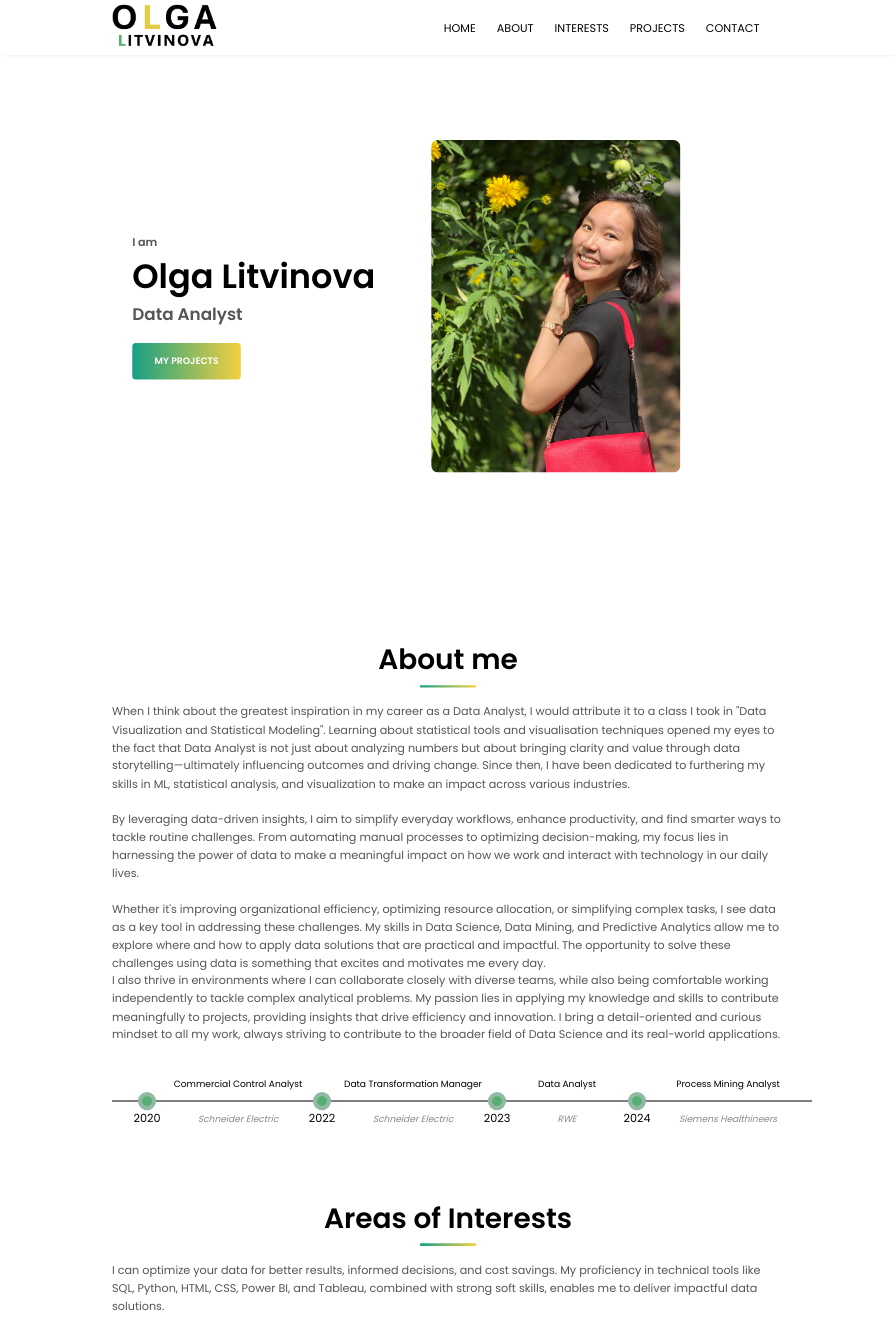
Repository: OlgaKuzminichna/CV
Page: index.html
These files come from the project's save history. The page is drawn as it stood at one moment and after a run of saves; the edit follows.
The browser window is 1280 px wide. The pictures show the part of the page from y = 0 to 1890 px (the page is 4431 px tall before and 4457 px after), at 70% of full size.
A picture or video elsewhere on the page could not be fetched, so the positions and the page height are approximate.

Above is the page before, as saved 2024-11-24 22:22:10.

### index.html
<!DOCTYPE html>
<html lang="en">
<head>
    <meta charset="UTF-8">
    <meta name="viewport" content="width=device-width, initial-scale=1.0">
    <title>Olga Litvinova | Data Analyst</title>
    <link rel="stylesheet" href="style.css">
    <link rel="icon" href="./images/logo2.png" type="image/x-icon">
    <script type="text/javascript" src="https://cdn.jsdelivr.net/npm/@emailjs/browser@3/dist/email.min.js"></script>
</head>
<body>
    <header>
        <nav id="navigation">
            <div class="site-header">
                <div class="site-logo">
                    <img src="./images/logo.png" alt="Olga Litvinova">
                </div>
                <ul class="link-list">
                    <li><a href="#home">HOME</a></li>
                    <li><a href="#about">ABOUT</a></li>
                    <li><a href="#skills">INTERESTS</a></li>
                    <li><a href="#projects">PROJECTS</a></li>
                    <li><a href="#contact">CONTACT</a></li>
                    <!-- <li><a href="#resume">RESUME</a></li> -->
                </ul>
            </div>
        </nav>
        <nav id="responsive-nav">
            <div class="site-header">
                <div class="site-logo">
                    <img src="./images/logo.png" alt="Olga Litvinova">
                </div>
                <div class="hamburger-menu">
                    <div class="icon-toggle" onclick="toggleMenu()">
                        <span></span>
                        <span></span>
                        <span></span>
                    </div>
                    <div class="dropdown-links">
                        <li><a href="#home" onclick="toggleMenu()">HOME</a></li>
                        <li><a href="#about" onclick="toggleMenu()">ABOUT</a></li>
                        <li><a href="#skills" onclick="toggleMenu()">INTERESTS</a></li>
                        <li><a href="#projects" onclick="toggleMenu()">PROJECTS</a></li>
                        <li><a href="#contact" onclick="toggleMenu()">CONTACT</a></li>
                        <!-- <li><a href="#resume" onclick="toggleMenu()">RESUME</a></li> -->
                    </div>
                </div>
            </div>
        </nav>
    </header>

    <main>
        <section id="home">
            <div class="intro-left">
                <p class="intro-text2">I am</p>
                <h1 class="primary-title">Olga Litvinova</h1>
                <p class="intro-role">Data Analyst </p>
                <div class="button-group">
                    <button class="main-btn" onclick="location.href='./index.html#projects'">
                        MY PROJECTS
                    </button>
                </div>
            </div>
            <div class="intro-right">
                <img src="./images/Litvinova.jpg" alt="Olga Litvinova Picture" />
            </div>
        </section>
        <section id="about">
            <h1 class="secondary-title">About me</h1>
            <div class="description-container">
                <p>
                    When I think about the greatest inspiration in my career as a Data Analyst, I would attribute it to a class I took in "Data Visualization and Statistical Modeling".
                    Learning about statistical tools and visualisation techniques opened my eyes to the fact that Data Analyst is not just about analyzing numbers but about bringing clarity and value through data storytelling—ultimately influencing outcomes and driving change.
                    Since then, I have been dedicated to furthering my skills in ML, statistical analysis, and visualization to make an impact across various industries.
                </p>
                <p>
                    <br>
                    By leveraging data-driven insights, I aim to simplify everyday workflows, enhance productivity, and find smarter ways to tackle routine challenges. From automating manual processes to optimizing decision-making, my focus lies in harnessing the power of data to make a meaningful impact on how we work and interact with technology in our daily lives.
                </p>

                <P>
                    <br>
                    Whether it's improving organizational efficiency, optimizing resource allocation, or simplifying complex tasks, I see data as a key tool in addressing these challenges. My skills in Data Science, Data Mining, and Predictive Analytics allow me to explore where and how to apply data solutions that are practical and impactful. The opportunity to solve these challenges using data is something that excites and motivates me every day.
                </P>
                <p>I also thrive in environments where I can collaborate closely with diverse teams, while also being comfortable working independently to tackle complex analytical problems. My passion lies in applying my knowledge and skills to contribute meaningfully to projects, providing insights that drive efficiency and innovation. I bring a detail-oriented and curious mindset to all my work, always striving to contribute to the broader field of Data Science and its real-world applications.</p>

            </div>

            <div class="timeline">
                <svg width="1000" height="100">
                    <!-- Line -->
                    <line x1="0" y1="50" x2="1000" y2="50" style="stroke:black; stroke-width:1.5"></line>
                    <!-- 2020 Event -->
                    <circle cx="50" cy="50" r="10" stroke="#8fb9a1" stroke-width="6" fill="rgb(87, 174, 114)"></circle>
                    <text text-anchor="middle" x="50" y="80" fill="black">2020</text>
                    <text style="font-size:13" text-anchor="middle" x="180" y="30" fill="black">Commercial Control Analyst</text>
                    <text style="font-size:13; font-style: italic" text-anchor="middle" x="180" y="80" fill="#888888">Schneider Electric</text>


                    <circle cx="300" cy="50" r="10" stroke="#8fb9a1" stroke-width="6" fill="rgb(87, 174, 114)"></circle>
                    <text text-anchor="middle" x="300" y="80" fill="black">2022</text>
                    <text style="font-size:13" text-anchor="middle" x="430" y="30" fill="black">Data Transformation Manager</text>
                    <text style="font-size:13; font-style: italic" text-anchor="middle" x="430" y="80" fill="#888888">Schneider Electric</text>

                    <circle cx="550" cy="50" r="10" stroke="#8fb9a1" stroke-width="6" fill="rgb(87, 174, 114)"></circle>
                    <text text-anchor="middle" x="550" y="80" fill="black">2023</text>
                    <text style="font-size:13" text-anchor="middle" x="650" y="30" fill="black">Data Analyst</text>
                    <text style="font-size:13; font-style: italic" text-anchor="middle" x="650" y="80" fill="#888888">RWE</text>

                    <circle cx="750" cy="50" r="10" stroke="#8fb9a1" stroke-width="6" fill="rgb(87, 174, 114)"></circle>
                    <text text-anchor="middle" x="750" y="80" fill="black">2024</text>
                    <text style="font-size:13" text-anchor="middle" x="880" y="30" fill="black">Process Mining Analyst</text>
                    <text style="font-size:13; font-style: italic" text-anchor="middle" x="880" y="80" fill="#888888">Siemens Healthineers</text>
                </svg>
            </div>
        </section>


        <section id="skills">
            <h1 class="secondary-title">Areas of Interests</h1>
            <div class="description-container">
                <p>I can optimize your data for better results, informed decisions, and cost savings. My proficiency in technical tools like SQL, Python, HTML, CSS, Power BI, and Tableau, combined with strong soft skills, enables me to deliver impactful data solutions.</p>
            </div>
            <div class="skill-article-group">
                <article class="skill-card">
                    <img src="./images/data-analysis.png" alt="Data Analysis Icon" class="icon"/>
                    <div>
                        <h3>Data Analysis</h3>
                        <p>Uncover hidden insights and patterns within your data to identify trends, anomalies, and opportunities for data-driven decision-making.</p>
                    </div>
                </article>
                <article class="skill-card">
                    <img src="./images/data-analytics.png" alt="Data Analytics Icon" class="icon"/>
                    <div>
                        <h3>Data Analytics</h3>
                        <p>Harness the power of advanced analytics, including predictive models and machine learning solutions to forecast outcomes, optimize processes, and gain a competitive edge.</p>
                    </div>
                </article>
                <article class="skill-card">
                    <img src="./images/data-visualization.png" alt="Data Visualization Icon" class="icon"/>
                    <div>
                        <h3>Data Visualization</h3>
                        <p>Transform complex data into clear and compelling visual narratives. Create custom dashboards and reports for enhanced data communication and understanding.</p>
                    </div>
                </article>
                <article class="skill-card">
                    <img src="./images/technical-writing.png" alt="Technical Writing Icon" class="icon"/>
                    <div>
                        <h3>Technical Writing</h3>
                        <p>Translate intricate technical concepts into clear and concise documentation. From reports to comprehensive materials, I ensure your data projects are well-documented and readily accessible.</p>
                    </div>
                </article>
                <article class="skill-card">
                    <img src="./images/front-end-web-development.png" alt="Front End Web Development Icon" class="icon"/>
                    <div>
                        <h3>Web Development</h3>
                        <p>Craft intuitive web interfaces that deliver information in an accessible format. Design and build data-driven web solutions that seamlessly blend functionality and aesthetics.</p>
                    </div>
                </article>
                <article class="skill-card">
                    <img src="./images/collaboration.png" alt="Collaboration Icon" class="icon"/>
                    <div>
                        <h3>Collaboration</h3>
                        <p>Collaborate seamlessly with your team to integrate data solutions into your business processes. Whether it's short-term projects or ongoing data-driven initiatives, I'm here to support your success.</p>
                    </div>
                </article>
            </div>
        </section>
        <section id="projects">
            <h1 class="secondary-title">Projects</h1>
            <div class="project-group">
                <div class="project-detail-card">
                    <img src="./images/cyclistic.png" class="project-image"/>
                    <h2 class="project-title">Cyclistic Bike-Share Analytics</h2>
                    <p>A comprehensive analysis of Cyclistic Bike-Share program, featuring Exploratory Data Analysis (EDA), A/B Testing, SARIMA Time Series Forecasting, and interactive Tableau dashboards to uncover user behavior, trends, and marketing strategies for growth.</p>
                    <div class="button-group">
                        <button class="main-btn project-btn"
                        onclick="location.href='https://medium.com/python-in-plain-english/revitalizing-cyclistic-bike-share-program-an-in-depth-data-exploration-556b52512bf8'">View Project</button>
                    </div>
                </div>
                <!-- Additional projects can go here, following the same structure -->
            </div>
        </section>

        <section id="contact">
            <h1 class="secondary-title">Contact Me</h1>

            <div class="social-media-buttons">
                <a href="https://github.com/OlgaKuzminichna" target="_blank" class="button github">
                    <img src="images/github.png" alt="GitHub Icon">
                    <span>GitHub</span>
                </a>
                <a href="https://public.tableau.com/app/profile/yourusername" target="_blank" class="button tableau">
                    <img src="images/tableau.svg" alt="Tableau Icon">
                    <span>Tableau</span>
                </a>
                <a href="https://www.linkedin.com/in/olga-l-7802b324b/" target="_blank" class="button linkedin">
                    <img src="images/linkedin.png" alt="LinkedIn Icon">
                    <span>LinkedIn</span>
                </a>
                <a href="mailto:litvinova2404@gmail.com" class="button email">
                    <img src="images/email.png" alt="Email Icon">
                    <span>Email</span>
                </a>
            </div>
            <form class="contact-form">
            <h2>Feel free to contact me for any question </h2>
            <div class="form-field">
                <label for="name">Name</label>
                <input type="text" id="name" placeholder="Enter your full name" required>
            </div>
            <div class="form-field">
                <label for="email">Email</label>
                <input type="email" id="email" placeholder="Enter your email" required>
            </div>
            <div class="form-field">
                <label for="message">Message</label>
                <textarea id="message" name="message" rows="5" required></textarea>
            </div>
            <button class="submit-btn form-field" onclick="sendMail()">Send Message</button>
            </form>

        </section>
        <footer>
            <p>Copyright &copy; Olga Litvinova 2024. All Rights Reserved.</p>
        </footer>
    </main>
    <script src="script.js"></script>
</body>
</html>

Loaded but not shown: script.js (25 lines, source omitted); style.css (547 lines, source omitted)

After the next 2 saves:
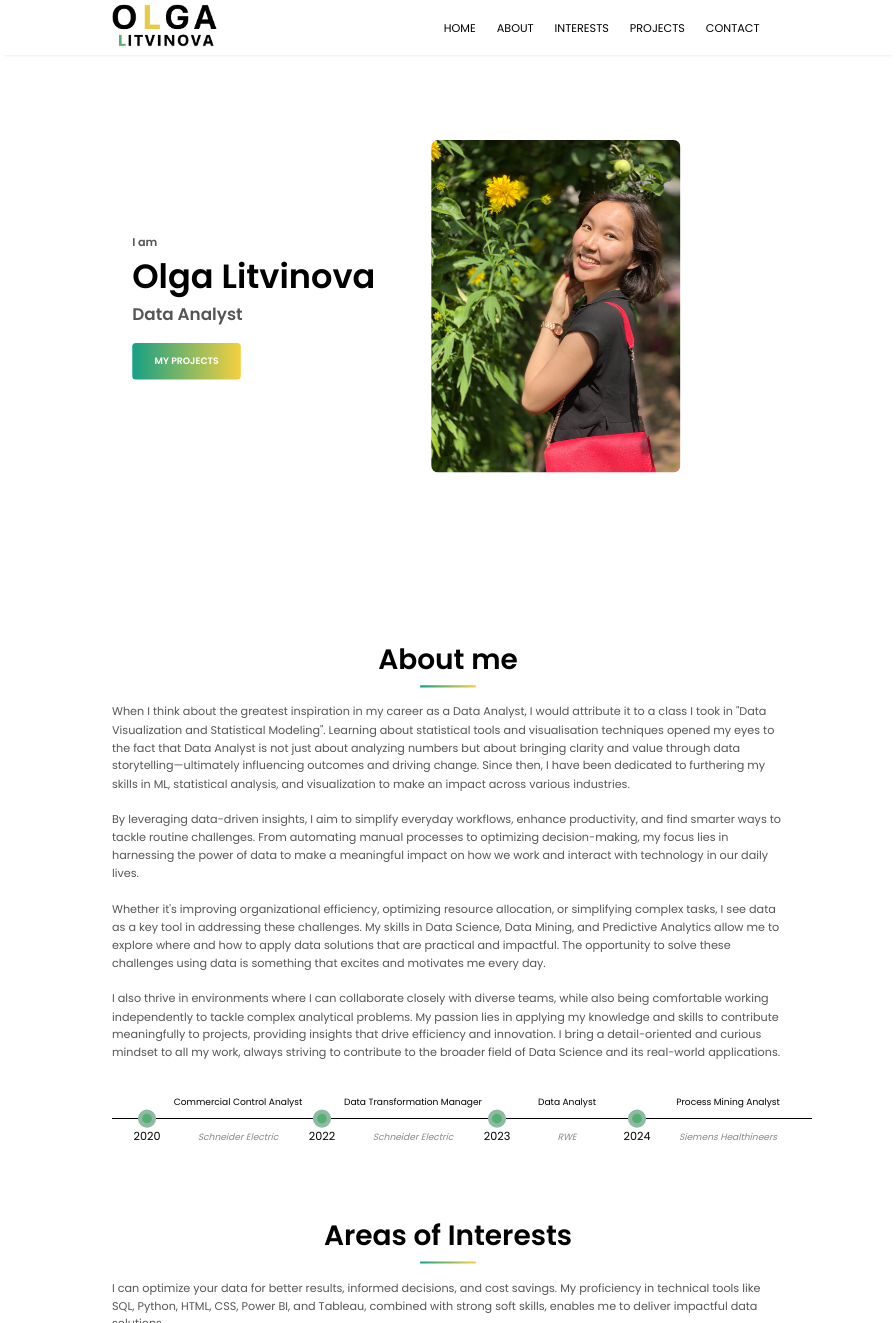
The 2 saves are shown as one change because they came seconds apart.
The last was saved 8 s later.
--- a/index.html
+++ b/index.html
@@ -82,7 +82,9 @@
                     <br>
                     Whether it's improving organizational efficiency, optimizing resource allocation, or simplifying complex tasks, I see data as a key tool in addressing these challenges. My skills in Data Science, Data Mining, and Predictive Analytics allow me to explore where and how to apply data solutions that are practical and impactful. The opportunity to solve these challenges using data is something that excites and motivates me every day.
                 </P>
-                <p>I also thrive in environments where I can collaborate closely with diverse teams, while also being comfortable working independently to tackle complex analytical problems. My passion lies in applying my knowledge and skills to contribute meaningfully to projects, providing insights that drive efficiency and innovation. I bring a detail-oriented and curious mindset to all my work, always striving to contribute to the broader field of Data Science and its real-world applications.</p>
+                <p>
+                    <br>
+                    I also thrive in environments where I can collaborate closely with diverse teams, while also being comfortable working independently to tackle complex analytical problems. My passion lies in applying my knowledge and skills to contribute meaningfully to projects, providing insights that drive efficiency and innovation. I bring a detail-oriented and curious mindset to all my work, always striving to contribute to the broader field of Data Science and its real-world applications.</p>
 
             </div>
 
